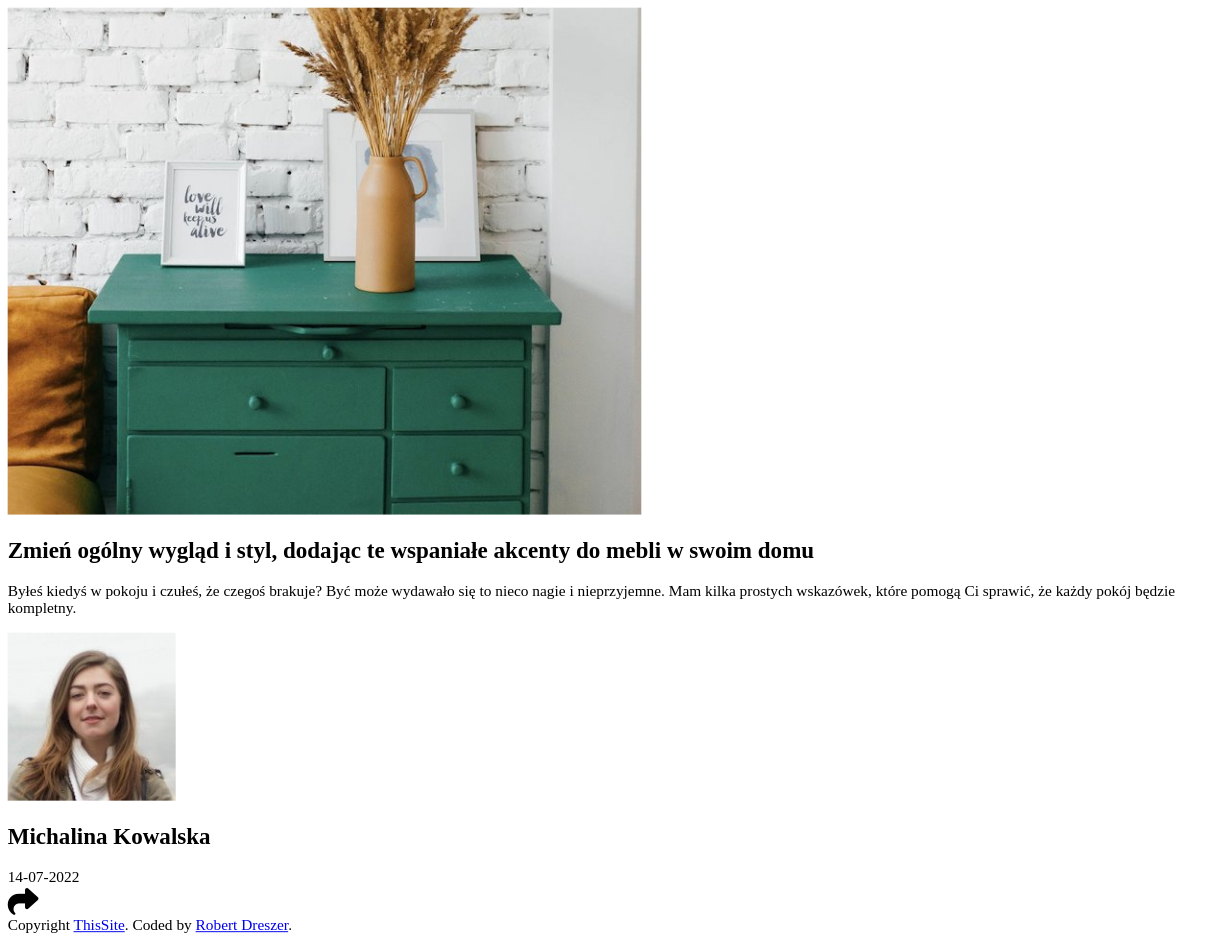
Repository: RobertDsr/komponent-podgl-du-produktu
Page: index.html
The author's editor kept a copy of each file at every save. The page is drawn from the files as they stood at one save, then again after the next save.
The browser window is 1280 px wide. The pictures show the whole page, at 96% of full size.
Some web libraries are served in a nearby version.

Above is the page before, as saved 2022-07-14 11:51:24.

### index.html
<!DOCTYPE html>
<html lang="en">
<head>
  <meta charset="UTF-8">
  <meta name="viewport" content="width=device-width, initial-scale=1.0"> <!-- displays site properly based on user's device -->

  <link rel="icon" type="image/png" sizes="32x32" href="./images/favicon-32x32.png">
  <script src="https://kit.fontawesome.com/f1983936fd.js" crossorigin="anonymous"></script>

  <title>Article preview component</title>
</head>
<body>

  <div class="wrapper">
    <img src="./images/drawers.jpg" alt="zielona szafka z ustawionymi na niej gadżetami ">
    <section class="articleDescription">
      <h1 class="Title">Zmień ogólny wygląd i styl, dodając te wspaniałe akcenty do mebli w swoim domu</h1>
      <p>Byłeś kiedyś w pokoju i czułeś, że czegoś brakuje? Być może wydawało się to nieco nagie i nieprzyjemne. Mam kilka prostych wskazówek, które pomogą Ci sprawić, że każdy pokój będzie kompletny.</p>
      <div class="author">
        <img src="./images/avatar-michelle.jpg" alt="Michelle" class="imgAuthor">
        <div class="divAuthorName">
        <h2 class="authorName">Michalina Kowalska</h2>
        <time datetime="2022-07-14">14-07-2022</time>
      </div>
        <div class="socialMedia">
          <i class="fa-solid fa-share fa-2x"></i>
        </div>
      </div>
    </section>
  </div>

  <div class="attribution">
    Copyright <a href="https://robertdreszer.pl/" target="_blank">ThisSite</a>.
    Coded by <a href="https://robertdreszer.pl/">Robert Dreszer</a>.
  </div>
</body>
</html>

After the next save:
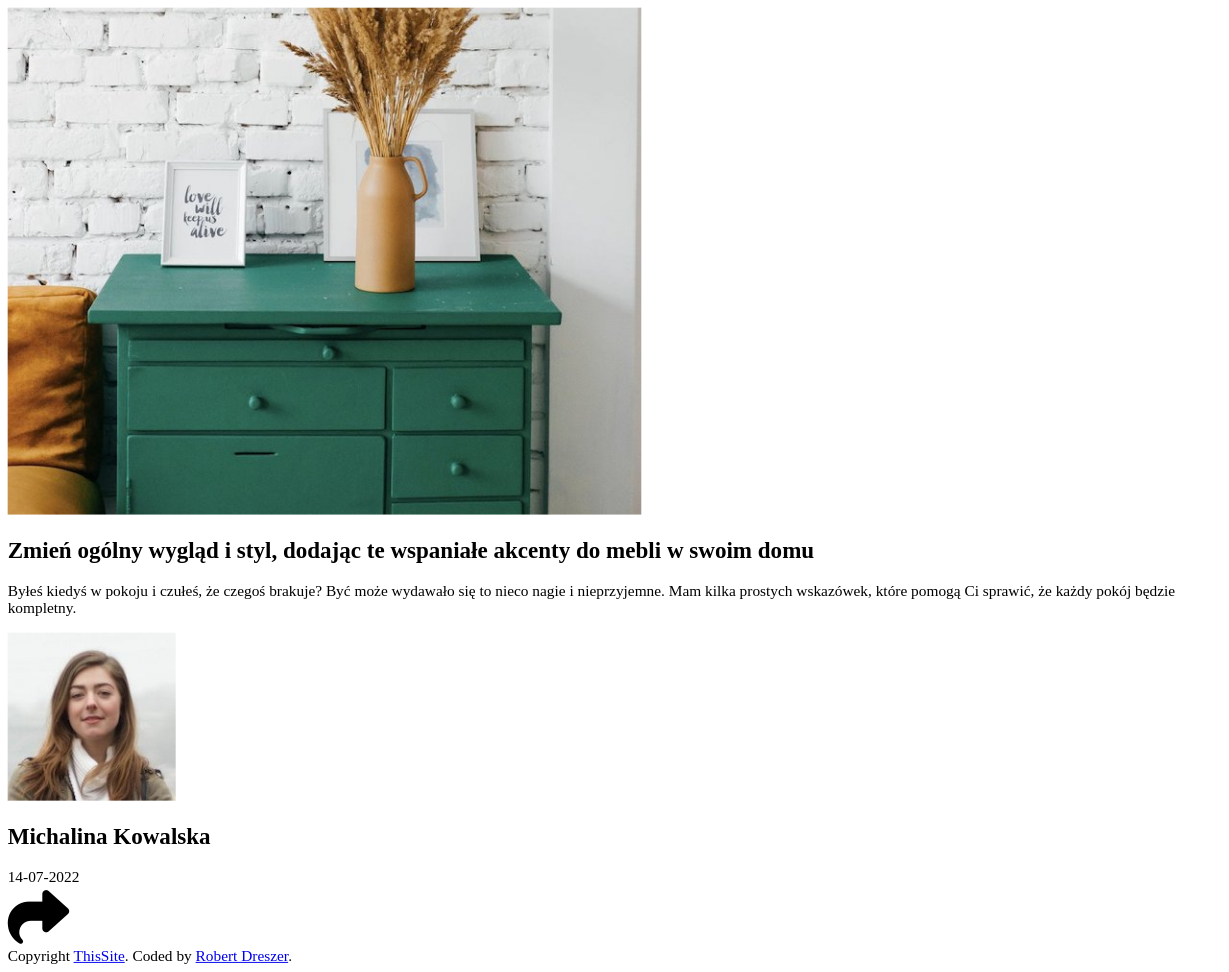
Saved 3 min 59 s later.
--- a/index.html
+++ b/index.html
@@ -23,7 +23,7 @@
         <time datetime="2022-07-14">14-07-2022</time>
       </div>
         <div class="socialMedia">
-          <i class="fa-solid fa-share fa-2x"></i>
+          <i class="fa-solid fa-share fa-4x"></i>
         </div>
       </div>
     </section>
